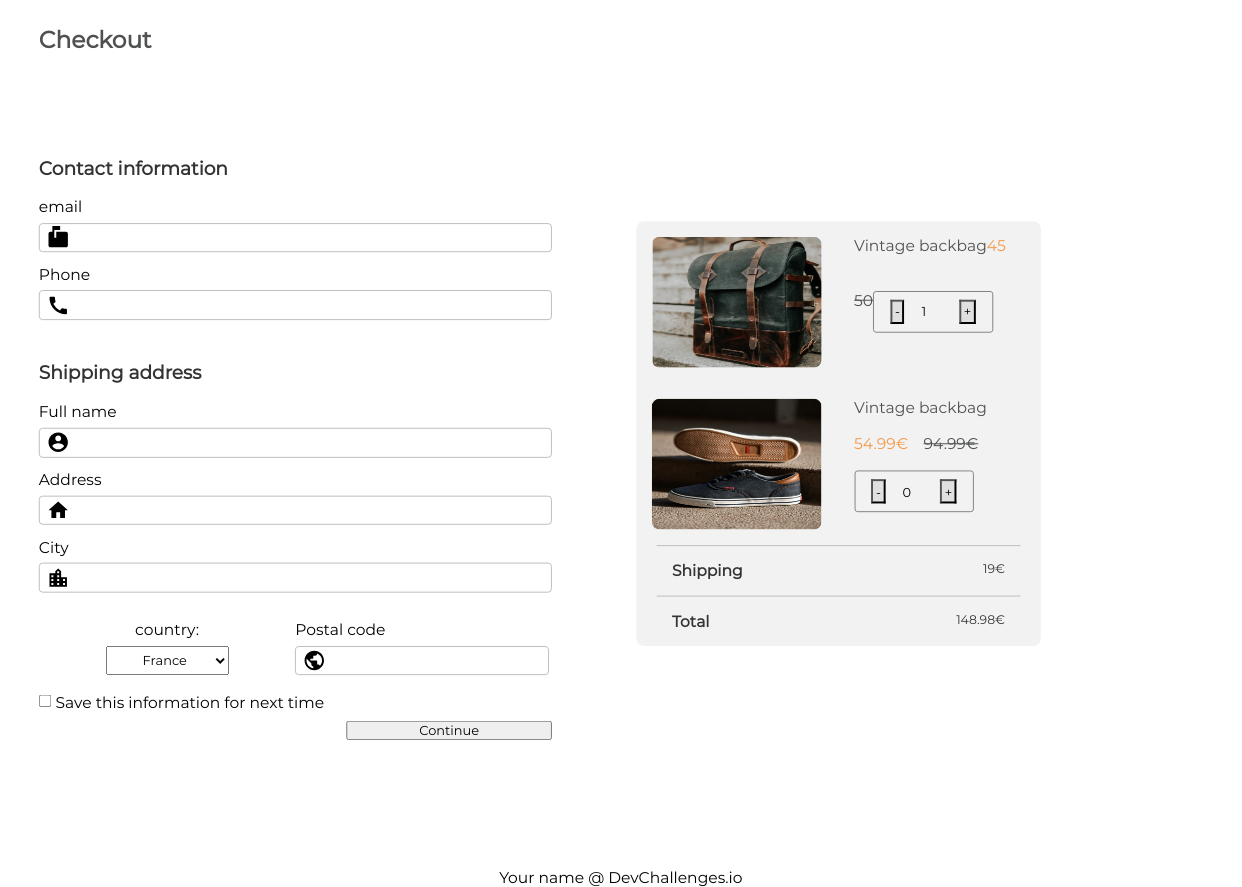
Repository: dubar-jeremy/checkout-page-master
Page: index.html
The author's editor kept a copy of each file at every save. The page is drawn from the files as they stood at one save, then again after the next save.
The browser window is 1280 px wide. The pictures show the whole page, at 97% of full size.
The style sheet was rebuilt from its Sass, Less or Tailwind sources for each picture, by a compiler version that may differ from the author's.

Above is the page before, as saved 2021-02-06 00:26:27.

After the next save:
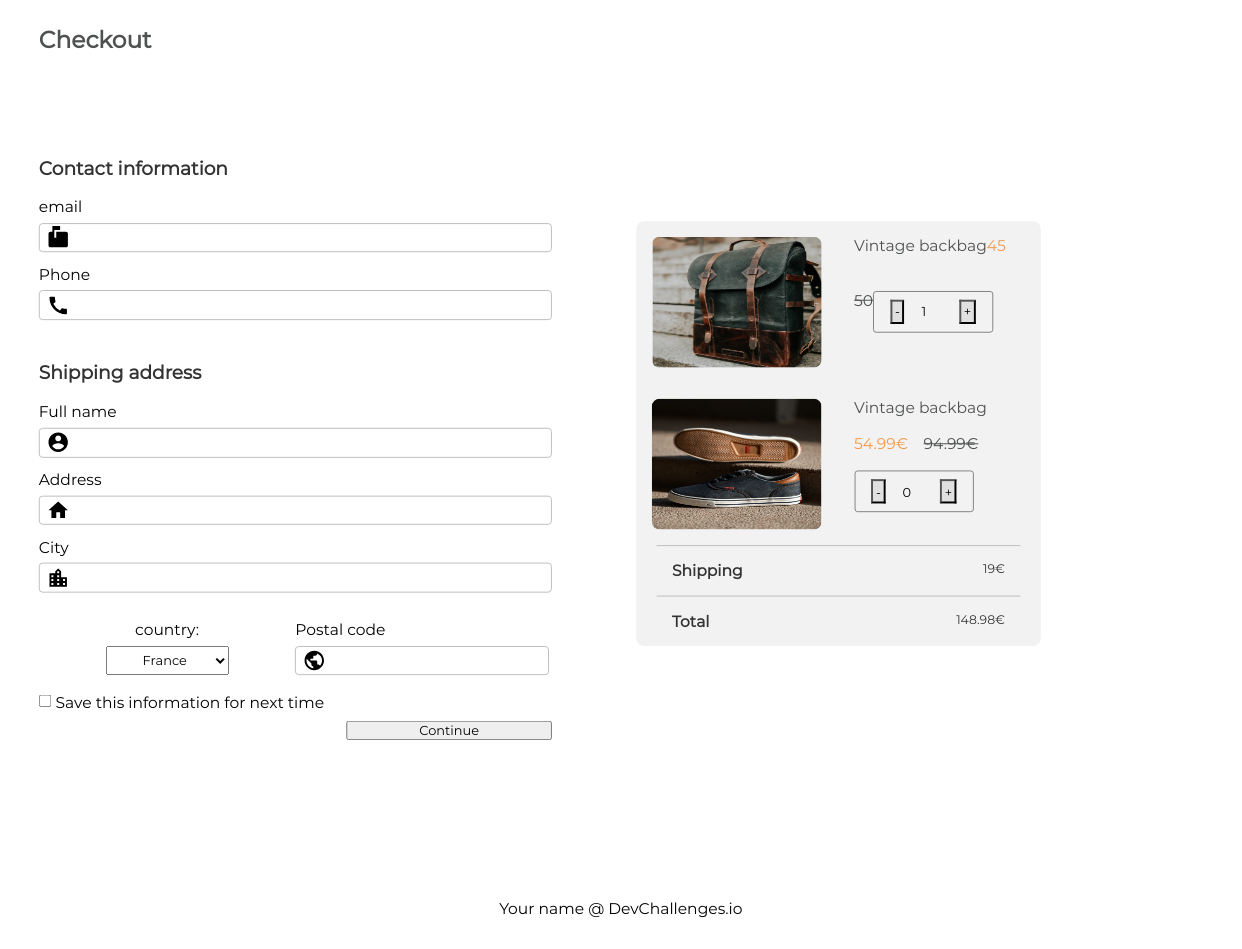
Saved 16 s later.
--- a/style/style.scss
+++ b/style/style.scss
@@ -262,5 +262,6 @@ form {
 
   footer {
     text-align: center;
-  }
-}
+    padding: 2em;
+  }
+}
